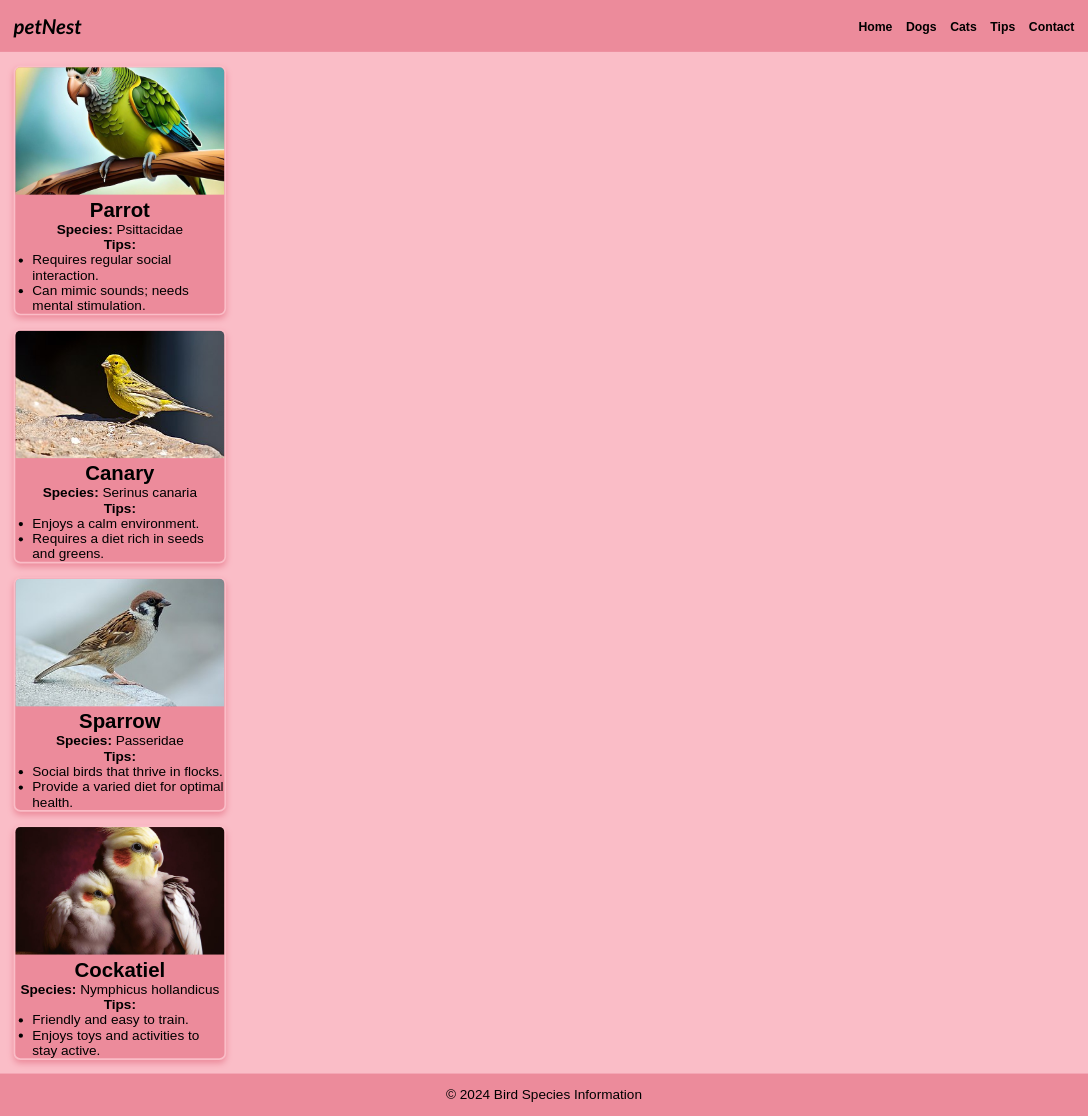
Repository: SHAHZADcodr/pet_care
Page: pages/bird.html
An editor plug-in stored every save of this project. The page is shown before and after the next save, followed by the edit.
The browser window is 1280 px wide. The pictures show the whole page, at 85% of full size.

Above is the page before, as saved 2024-11-04 23:08:51.

### pages/bird.html
<!DOCTYPE html>
<html lang="en">
<head>
    <meta charset="UTF-8">
    <meta name="viewport" content="width=device-width, initial-scale=1.0">
    <title>Bird Species</title>
    <link rel="stylesheet" href="custom.css"> <!-- Link to your CSS file -->
</head>
<body>
    <header>
        <nav>
            <h1 id="webName"><i><strong>petNest</strong></i></h1>
            <ul id="nav-links">
                <li><a href="../index.html">Home</a></li>
                <li><a href="dog.html">Dogs</a></li>
                <li><a href="cat.html">Cats</a></li>
                <li><a href="tips.html">Tips</a></li>
                <li><a href="contact.html" id="you">Contact</a></li>
            </ul>
        </nav>
    </header>
    <main class="bird-species">
        <div class="card">
            <img src="../birdImages/parrot.jpg" alt="Parrot" class="image">
            <h2>Parrot</h2>
            <p><strong>Species:</strong> Psittacidae</p>
            <p><strong>Tips:</strong></p>
            <ul>
                <li>Requires regular social interaction.</li>
                <li>Can mimic sounds; needs mental stimulation.</li>
            </ul>
        </div>
        <div class="card">
            <img src="../birdImages/canary.jpg" alt="Canary" class="image">
            <h2>Canary</h2>
            <p><strong>Species:</strong> Serinus canaria</p>
            <p><strong>Tips:</strong></p>
            <ul>
                <li>Enjoys a calm environment.</li>
                <li>Requires a diet rich in seeds and greens.</li>
            </ul>
        </div>
        <div class="card">
            <img src="../birdImages/sparrow.jpg" alt="Sparrow" class="image">
            <h2>Sparrow</h2>
            <p><strong>Species:</strong> Passeridae</p>
            <p><strong>Tips:</strong></p>
            <ul>
                <li>Social birds that thrive in flocks.</li>
                <li>Provide a varied diet for optimal health.</li>
            </ul>
        </div>
        <div class="card">
            <img src="../birdImages/cockatiel.jpg" alt="Cockatiel" class="image">
            <h2>Cockatiel</h2>
            <p><strong>Species:</strong> Nymphicus hollandicus</p>
            <p><strong>Tips:</strong></p>
            <ul>
                <li>Friendly and easy to train.</li>
                <li>Enjoys toys and activities to stay active.</li>
            </ul>
        </div>
        <!-- Add more bird cards as needed -->
    </main>
    <footer>
        <p>&copy; 2024 Bird Species Information</p>
    </footer>

</body>
</html>

### pages/custom.css
/* General Reset */
* {
    margin: 0;
    padding: 0;
    box-sizing: border-box;
}
:root{
    --bg-background-color:rgb(236, 139, 155);
    --bg--body-color:rgb(250, 189, 199);
}
/* Basic Layout */
body {
    font-family: Arial, sans-serif;
    display: flex;
    flex-direction: column;
    min-height: 100vh; /* Ensures body takes full height of the viewport */
    background-color:var(--bg--body-color);
}


header {
    background-color:var(--bg-background-color);
    padding: 1rem;
    color: black;;
}

nav {
    display: flex;
    justify-content: space-between;
    align-items: center;
}

#nav-links {
    list-style-type: none;
    display: flex;
    gap: 1rem;
}

#nav-links a {
    color:black;
    text-decoration: none;
    font-size:0.9rem;
    font-weight: 600;
    transition:color 0.2s;
}
#nav-links a:hover{
    color:white!important;
}

 #nav-links  #you{
    cursor:url(/images/cursor.svg)3 3,auto !important;
}
/*Website name*/
#webName{
    font-family: 'Gill Sans', 'Gill Sans MT', Calibri, 'Trebuchet MS', sans-serif;
}
#webName:hover{
    color:aliceblue;
}

.breeds {
    display: flex;
    flex-wrap: wrap;
    justify-content: center;
    padding: 1rem;
    flex-grow: 1; /* Allows the main content to grow and push footer down */
}

.card {
    background-color:var(--bg-background-color);
    border: 2px solid var(--bg--body-color);
    border-radius: 8px;
    box-shadow: 0 4px 8px var(--bg-background-color);
    margin: 1rem;
    width: 100%; /* Full width on small screens */
    max-width: 250px; /* Maximum width for larger screens */
    text-align: center;
    overflow: hidden;
    transition: transform 0.2s;
}

.card:hover {
    transform: scale(1.05); /* Slightly enlarge on hover */
}

.card img {
    width: 100%; /* Ensure image takes full width of the card */
    height: auto; /* Maintain aspect ratio without cutting off */
    max-height: 150px; /* Set a max height to ensure consistency */
    object-fit: cover; /* Maintain aspect ratio, cropping if necessary */
}

ul {
    list-style-type: disc; /* Default bullet points */
    padding-left: 20px; /* Indent the list */
    text-align: left; /* Align text to the left */
}

footer {
    background-color:var(--bg-background-color);
    text-align: center;
    padding: 1rem;
    margin-top: auto; /* Push footer to the bottom */
}

/* Media Queries for Responsive Design */
@media (max-width: 768px) {
    .card {
        max-width: 90%; /* Wider cards on medium screens */
    }
}

@media (max-width: 480px) {
    header h1 {
        font-size: 1.5rem; /* Smaller font size for header on small screens */
    }

    .card {
        max-width: 100%; /* Full width for small screens */
    }

    .card img {
        max-height: 120px; /* Adjust image height for small screens */
    }
}

After the next save:
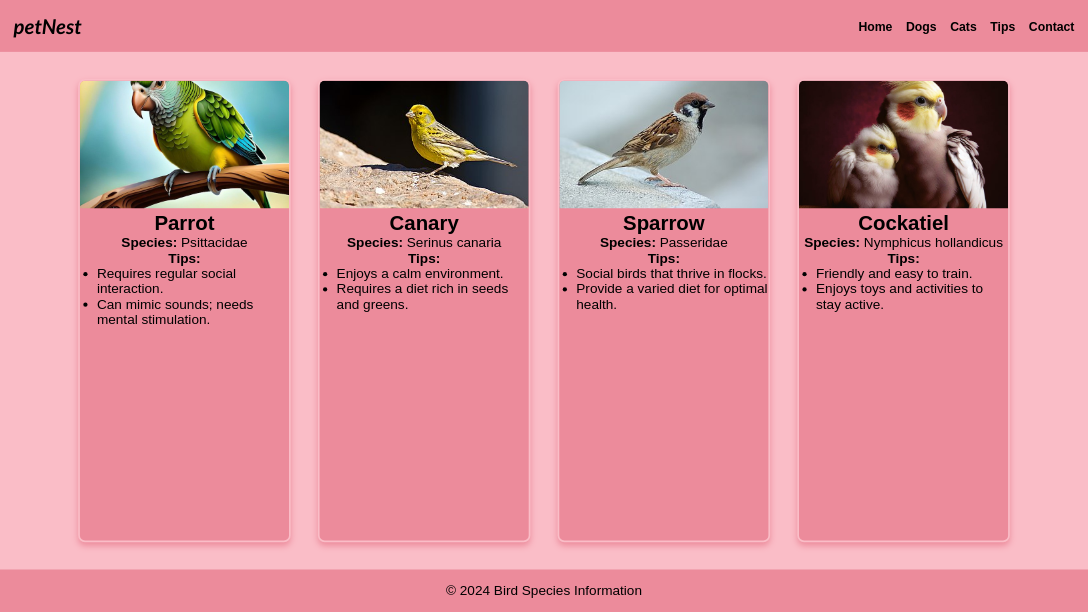
Saved 6 min 4 s later.
--- a/pages/bird.html
+++ b/pages/bird.html
@@ -19,7 +19,7 @@
             </ul>
         </nav>
     </header>
-    <main class="bird-species">
+    <main class="breeds">
         <div class="card">
             <img src="../birdImages/parrot.jpg" alt="Parrot" class="image">
             <h2>Parrot</h2>
